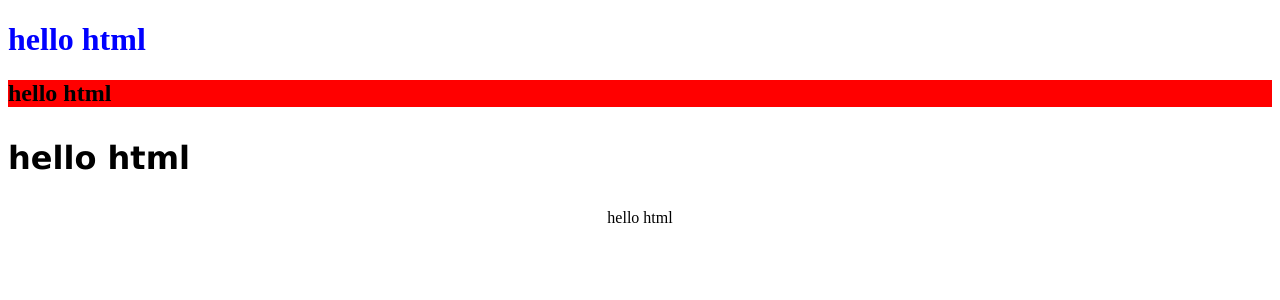
Repository: xsa1113/posco_ict
Page: html/TestSample/WebContent/index1.html
The author's editor kept a copy of each file at every save. The page is drawn from the files as they stood at one save, then again after the next save.
The browser window is 1280 px wide. The pictures show the whole page.

Above is the page before, as saved 2022-05-04 07:19:21.

After the next save:
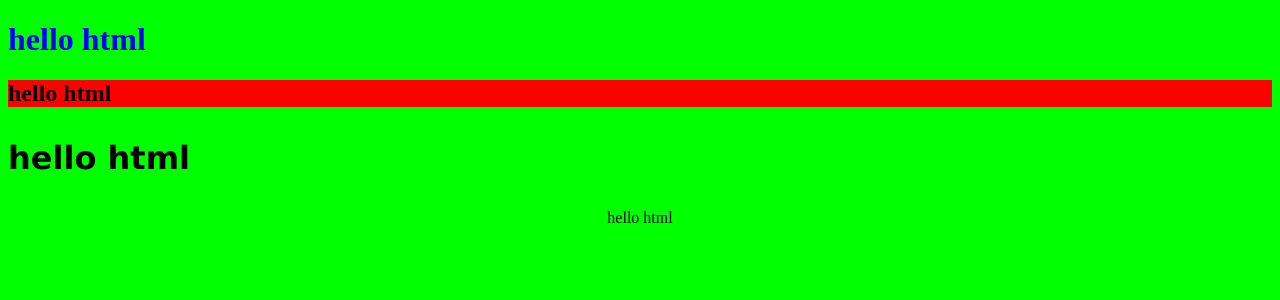
Saved 72 s later.
--- a/html/TestSample/WebContent/index1.html
+++ b/html/TestSample/WebContent/index1.html
@@ -4,7 +4,7 @@
 <meta charset="UTF-8">
 <title>Insert title here</title>
 </head>
-<body>
+<body bgcolor="#00FF00">
 
 <!--
 	<태그명 attribute="값" attribute2 = "값">문자열</태그명>
@@ -21,5 +21,7 @@
 
  <p style="text-align : center;"> hello html </p>
 
+
+
 </body>
 </html>
